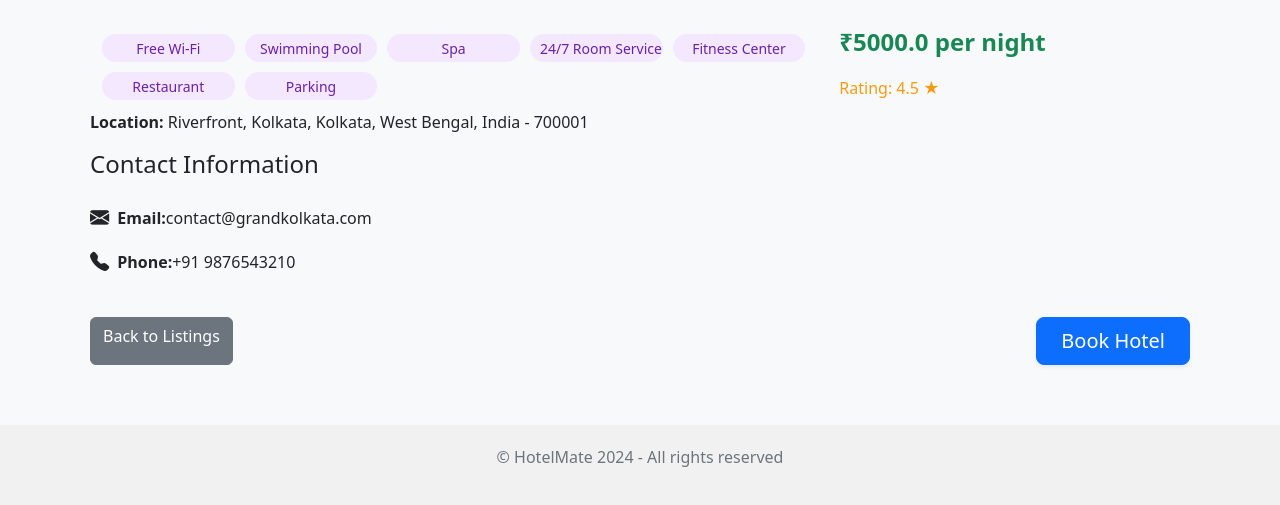
Repository: himanshu2k23/HoteMate
Page: http://localhost/HotelMate/details.jsp
The author's editor kept a copy of each file at every save. The page is drawn from the files as they stood at one save, then again after the next save.
The browser window is 1280 px wide. The pictures show the part of the page from y = 706 to 1211 px (the page is 1211 px tall).
The page is served by Tomcat 10.

Above is the page before, as saved 2025-01-13 19:32:04.

After the next save:
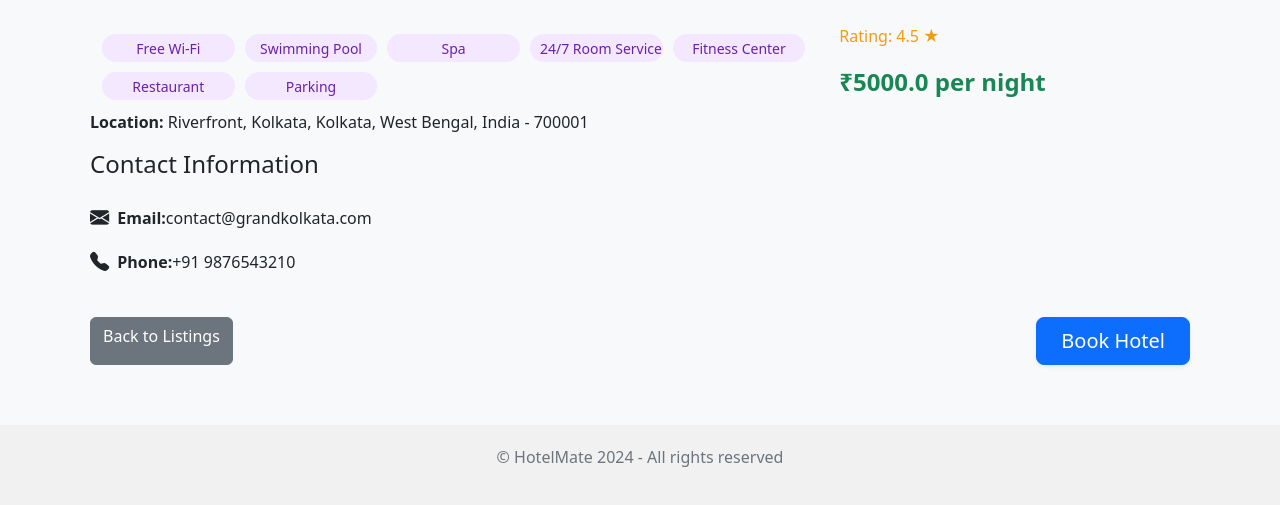
Saved 15 s later.
--- a/HotelMate/src/main/webapp/details.jsp
+++ b/HotelMate/src/main/webapp/details.jsp
@@ -165,15 +165,16 @@ body {
 			</div>
 
 			<div class="col-md-4">
-				<p class="price">
-					₹<%=pricePerNight%>
-					per night
-				</p>
 				<p class="rating">
 					Rating:
 					<%=rating%>
 					★
 				</p>
+				<p class="price">
+					₹<%=pricePerNight%>
+					per night
+				</p>
+
 			</div>
 
 		</div>
